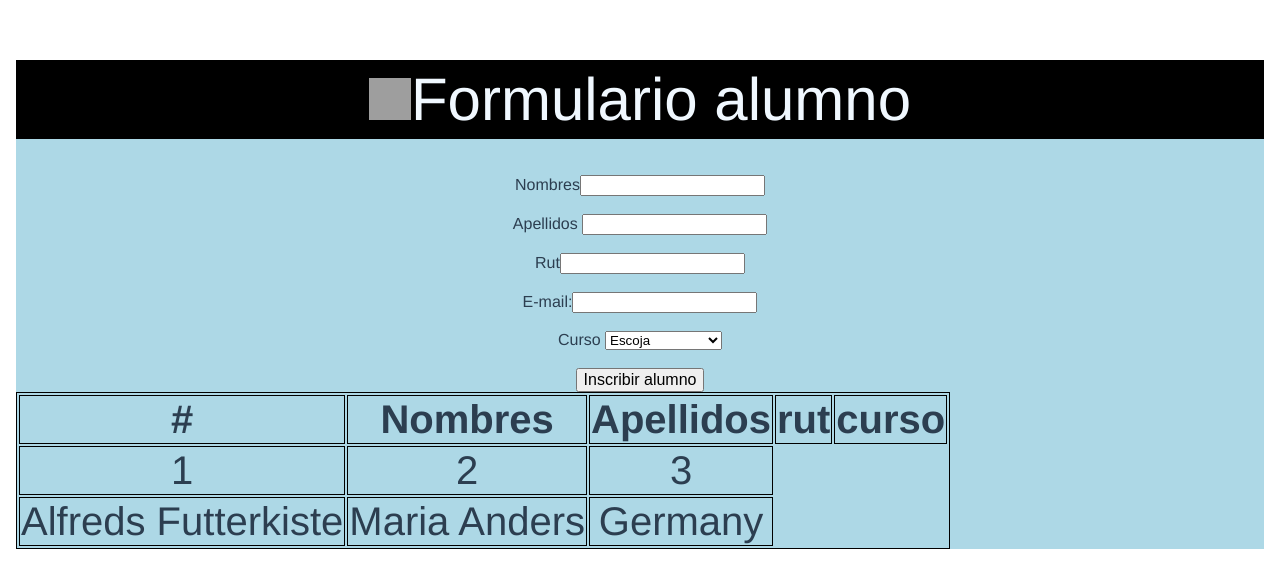
Repository: franciscamanquecheo/Tarea6ET
Page: / (app in my-project/)
The author's editor kept a copy of each file at every save. The page is drawn from the files as they stood at one save, then again after the next save.
The browser window is 1280 px wide. The pictures show the whole page.
Pictures or frames that could not be fetched are drawn as grey boxes. The project was rebuilt for these pictures with package versions that can differ from the ones it lists, and the page was loaded fresh each time. Also part of the build but not shown: my-project/vue.config.js.

Above is the page before, as saved 2022-06-19 23:41:22.

After the next save:
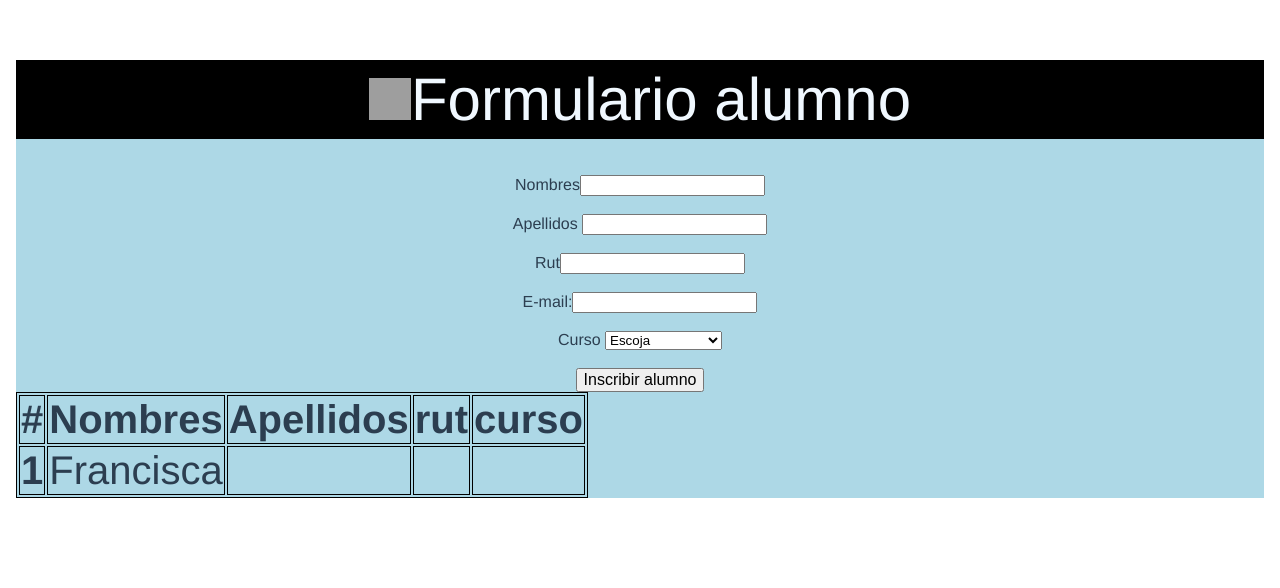
Saved 60 s later.
--- a/my-project/src/components/HelloWorld.vue
+++ b/my-project/src/components/HelloWorld.vue
@@ -52,16 +52,13 @@
     </thead>
     <tbody>
 
-     <tr>
-    <td>1</td>
-    <td>2</td>
-    <td>3</td>
-  </tr>
     <tr>
-    <td>Alfreds Futterkiste</td>
-    <td>Maria Anders</td>
-    <td>Germany</td>
-  </tr>
+      <th scope="row">1</th>
+      <td >Francisca</td>
+      <td th:text="${alumno.getpellidos()}"></td>
+      <td th:text="${alumno.getrut()}"></td>
+      <td th:text="${alumno.getcurso()}"></td>
+    </tr>
 
     </tbody>
   </table>
